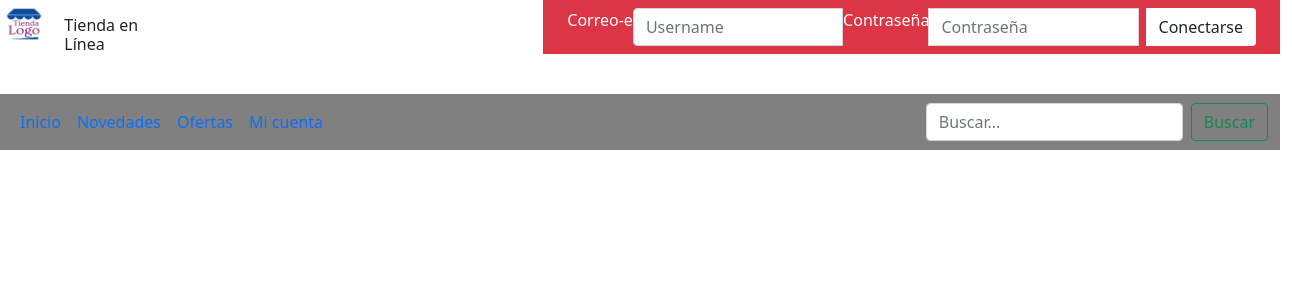
Repository: nicorp00/bootstrapSass
Page: Main/index.html
An editor plug-in stored every save of this project. The page is shown before and after the next save, followed by the edit.
The browser window is 1280 px wide. The page is 1292 px wide, so the pictures cover 1292 px, including what lies to the right of the window. The pictures show the whole page.
The style sheet was rebuilt from its Sass, Less or Tailwind sources for each picture, by a compiler version that may differ from the author's.

Above is the page before, as saved 2022-03-25 11:16:02.

After the next save:
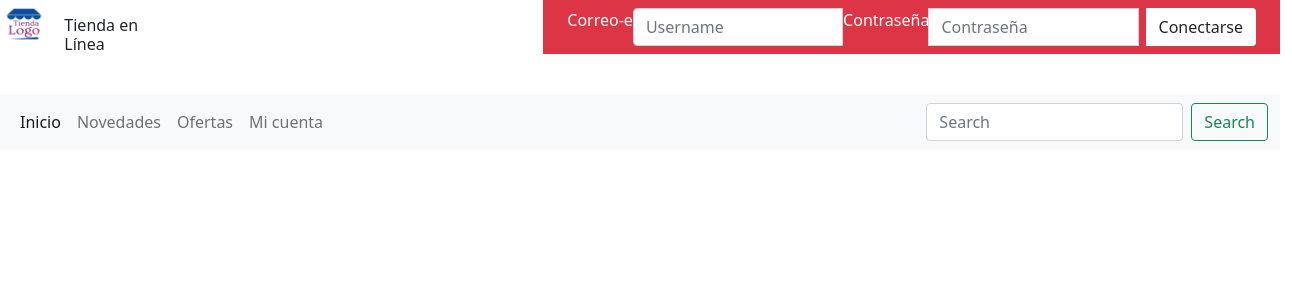
Saved 8 s later.
--- a/Main/index.html
+++ b/Main/index.html
@@ -40,7 +40,7 @@
     </section>
 
     <section class="section__nav">
-        <nav class="navbar navbar-expand-lg">
+        <nav class="navbar navbar-expand-lg navbar-light bg-light">
             <div class="container-fluid">
               <button class="navbar-toggler" type="button" data-bs-toggle="collapse" data-bs-target="#navbarSupportedContent" aria-controls="navbarSupportedContent" aria-expanded="false" aria-label="Toggle navigation">
                 <span class="navbar-toggler-icon"></span>
@@ -61,8 +61,8 @@
                   </li>
                 </ul>
                 <form class="d-flex">
-                  <input class="form-control me-2" type="search" placeholder="Buscar..." aria-label="Search">
-                  <button class="btn btn-outline-success" type="submit">Buscar</button>
+                  <input class="form-control me-2" type="search" placeholder="Search" aria-label="Search">
+                  <button class="btn btn-outline-success" type="submit">Search</button>
                 </form>
               </div>
             </div>
